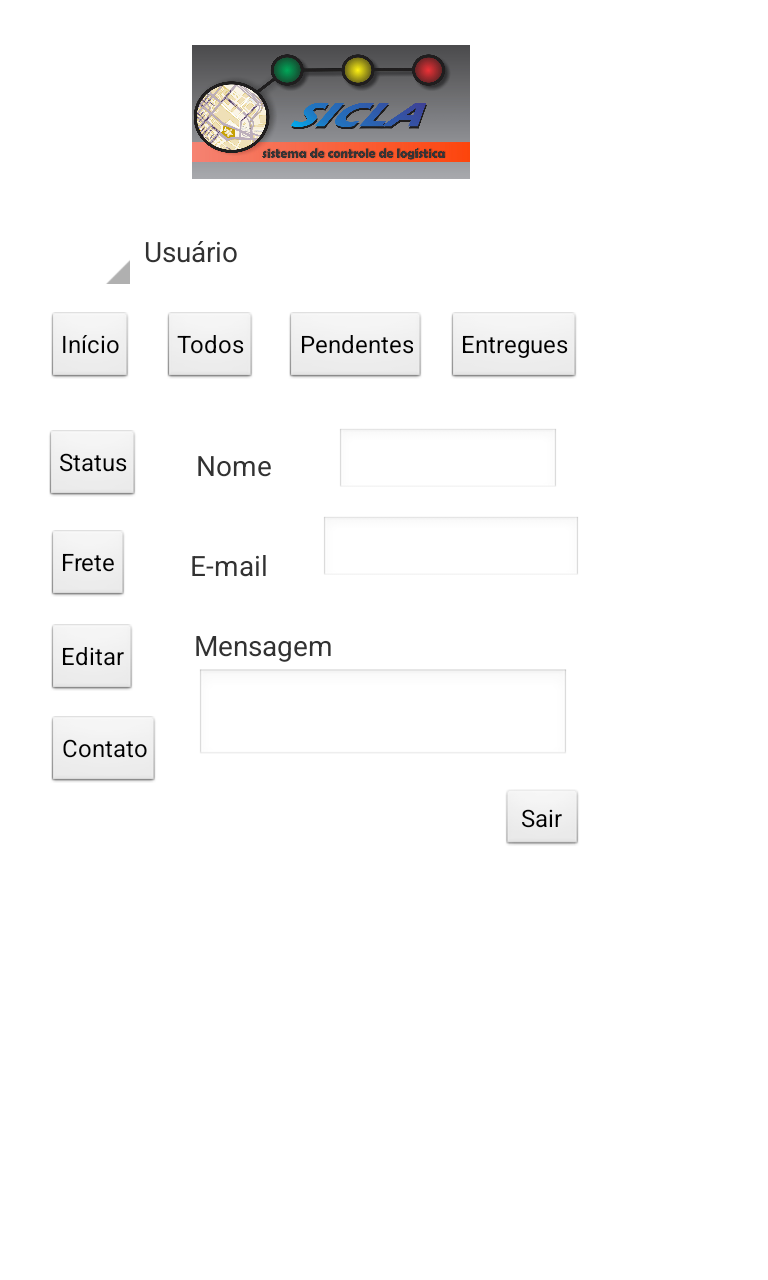
Repository: danielpedroza/SICLA
Layout: Sicla/res/layout/contatocliente.xml
These files come from the project's save history. The layout is drawn as it stood at one moment and after the next save; the edit follows.
It is drawn on a 768 x 1280 px phone screen (xhdpi) without system bars, with theme AppTheme; the app's code is not run.

Above is the layout before, as saved 2013-07-06 07:17:08.

### Sicla/res/layout/contatocliente.xml
<RelativeLayout xmlns:android="http://schemas.android.com/apk/res/android"
    xmlns:tools="http://schemas.android.com/tools"
    android:layout_width="match_parent"
    android:layout_height="match_parent"
    android:paddingBottom="@dimen/activity_vertical_margin"
    android:paddingLeft="@dimen/activity_horizontal_margin"
    android:paddingRight="@dimen/activity_horizontal_margin"
    android:paddingTop="@dimen/activity_vertical_margin"
    tools:context=".ContatoCliente" >

    <AbsoluteLayout
        android:layout_width="match_parent"
        android:layout_height="match_parent"
        android:layout_alignParentBottom="true"
        android:layout_centerHorizontal="true" >

        <ImageView
            android:id="@+id/imageView1"
            android:layout_width="139dp"
            android:layout_height="120dp"
            android:layout_x="80dp"
            android:layout_y="-20dp"
            android:src="@drawable/sicla" />

        <QuickContactBadge
            android:id="@+id/quickContactBadge1"
            android:layout_width="39dp"
            android:layout_height="39dp"
            android:layout_x="10dp"
            android:layout_y="87dp" />

        <TextView
            android:id="@+id/textView1"
            android:layout_width="wrap_content"
            android:layout_height="wrap_content"
            android:layout_x="56dp"
            android:layout_y="100dp"
            android:text="Usuário"
            android:textSize="14dp" />

        <Button
            android:id="@+id/button1"
            style="?android:attr/buttonStyleSmall"
            android:layout_width="wrap_content"
            android:layout_height="wrap_content"
            android:layout_x="8dp"
            android:layout_y="140dp"
            android:text="Início"
            android:textSize="12dp" />

        <Button
            android:id="@+id/Button01"
            style="?android:attr/buttonStyleSmall"
            android:layout_width="wrap_content"
            android:layout_height="wrap_content"
            android:layout_x="66dp"
            android:layout_y="140dp"
            android:text="Todos"
            android:textSize="12dp" />

        <Button
            android:id="@+id/Button03"
            style="?android:attr/buttonStyleSmall"
            android:layout_width="wrap_content"
            android:layout_height="wrap_content"
            android:layout_x="208dp"
            android:layout_y="140dp"
            android:text="Entregues"
            android:textSize="12dp" />

        <Button
            android:id="@+id/Button02"
            style="?android:attr/buttonStyleSmall"
            android:layout_width="wrap_content"
            android:layout_height="wrap_content"
            android:layout_x="127dp"
            android:layout_y="140dp"
            android:text="Pendentes"
            android:textSize="12dp" />

        <Button
            android:id="@+id/Button04"
            style="?android:attr/buttonStyleSmall"
            android:layout_width="wrap_content"
            android:layout_height="wrap_content"
            android:layout_x="7dp"
            android:layout_y="199dp"
            android:text="Status"
            android:textSize="12dp" />

        <Button
            android:id="@+id/Button05"
            style="?android:attr/buttonStyleSmall"
            android:layout_width="wrap_content"
            android:layout_height="wrap_content"
            android:layout_x="8dp"
            android:layout_y="249dp"
            android:onClick="fretecliente"
            android:text="Frete"
            android:textSize="12dp" />

        <Button
            android:id="@+id/Button06"
            style="?android:attr/buttonStyleSmall"
            android:layout_width="wrap_content"
            android:layout_height="wrap_content"
            android:layout_x="8dp"
            android:layout_y="296dp"
            android:text="Editar"
            android:textSize="12dp" />

        <Button
            android:id="@+id/Button07"
            style="?android:attr/buttonStyleSmall"
            android:layout_width="wrap_content"
            android:layout_height="wrap_content"
            android:layout_x="8dp"
            android:layout_y="342dp"
            android:text="Contato"
            android:textSize="12dp" />

        <Button
            android:id="@+id/button2"
            android:layout_width="wrap_content"
            android:layout_height="33dp"
            android:layout_x="234dp"
            android:layout_y="378dp"
            android:text="Sair"
            android:textSize="12dp" />

        <TextView
            android:id="@+id/textView2"
            android:layout_width="wrap_content"
            android:layout_height="wrap_content"
            android:layout_x="82dp"
            android:layout_y="207dp"
            android:text="Nome" />

        <EditText
            android:id="@+id/editText1"
            android:layout_width="131dp"
            android:layout_height="33dp"
            android:layout_x="144dp"
            android:layout_y="242dp"
            android:ems="10"
            android:inputType="textEmailAddress" />

        <EditText
            android:id="@+id/editText2"
            android:layout_width="112dp"
            android:layout_height="33dp"
            android:layout_x="152dp"
            android:layout_y="198dp"
            android:ems="10" />

        <EditText
            android:id="@+id/editText3"
            android:layout_width="187dp"
            android:layout_height="wrap_content"
            android:layout_x="82dp"
            android:layout_y="318dp"
            android:ems="10"
            android:inputType="textMultiLine" />

        <TextView
            android:id="@+id/TextView01"
            android:layout_width="wrap_content"
            android:layout_height="wrap_content"
            android:layout_x="79dp"
            android:layout_y="257dp"
            android:text="E-mail" />

        <TextView
            android:id="@+id/TextView02"
            android:layout_width="wrap_content"
            android:layout_height="wrap_content"
            android:layout_x="81dp"
            android:layout_y="297dp"
            android:text="Mensagem" />

    </AbsoluteLayout>

</RelativeLayout>

Loaded but not shown: Sicla/res/values/styles.xml (common file); Sicla/res/values/dimens.xml (common file)

After the next save:
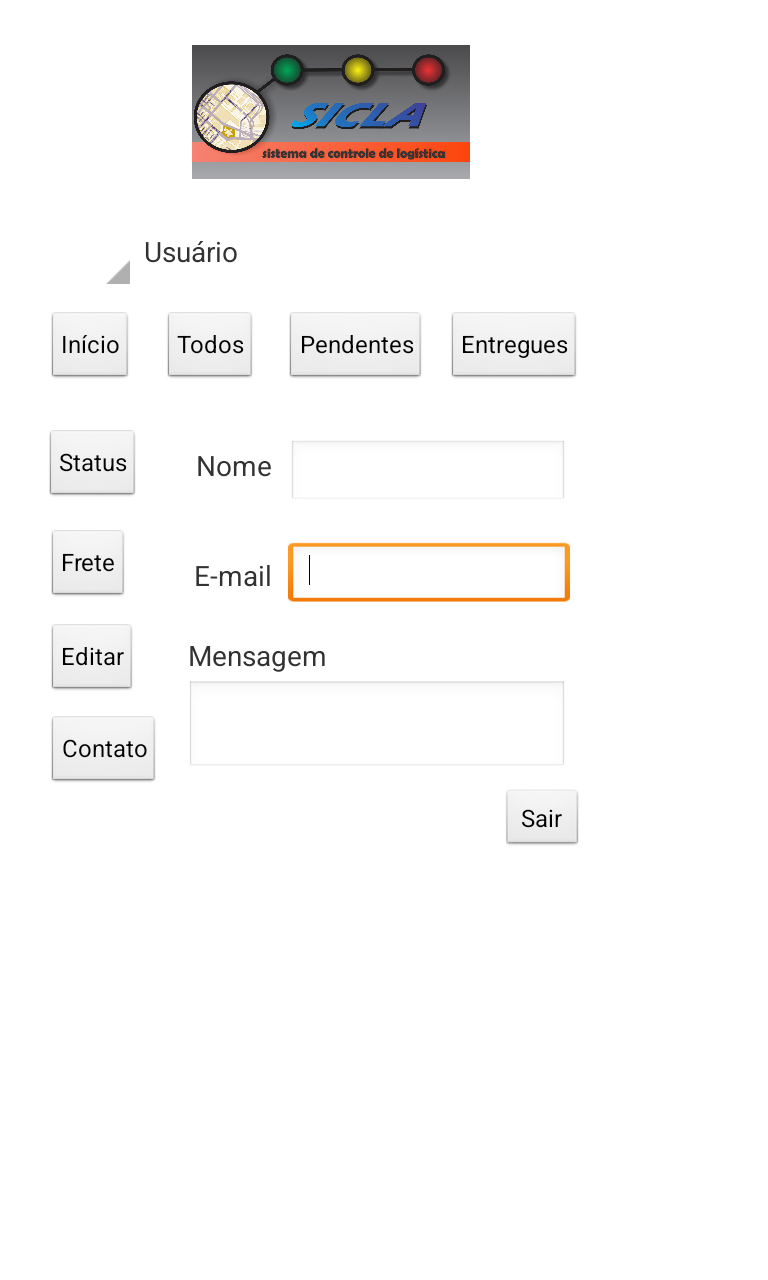
Saved 12 min 4 s later.
--- a/Sicla/res/layout/contatocliente.xml
+++ b/Sicla/res/layout/contatocliente.xml
@@ -134,49 +134,55 @@
             android:layout_height="wrap_content"
             android:layout_x="82dp"
             android:layout_y="207dp"
-            android:text="Nome" />
+            android:text="Nome"
+            android:textSize="14dp" />
 
         <EditText
             android:id="@+id/editText1"
-            android:layout_width="131dp"
+            android:layout_width="141dp"
             android:layout_height="33dp"
-            android:layout_x="144dp"
-            android:layout_y="242dp"
+            android:layout_x="128dp"
+            android:layout_y="255dp"
             android:ems="10"
-            android:inputType="textEmailAddress" />
+            android:inputType="textEmailAddress" >
+
+            <requestFocus />
+        </EditText>
 
         <EditText
             android:id="@+id/editText2"
-            android:layout_width="112dp"
+            android:layout_width="140dp"
             android:layout_height="33dp"
-            android:layout_x="152dp"
-            android:layout_y="198dp"
+            android:layout_x="128dp"
+            android:layout_y="204dp"
             android:ems="10" />
 
         <EditText
             android:id="@+id/editText3"
-            android:layout_width="187dp"
+            android:layout_width="191dp"
             android:layout_height="wrap_content"
-            android:layout_x="82dp"
-            android:layout_y="318dp"
+            android:layout_x="77dp"
+            android:layout_y="324dp"
             android:ems="10"
             android:inputType="textMultiLine" />
+
+        <TextView
+            android:id="@+id/TextView02"
+            android:layout_width="wrap_content"
+            android:layout_height="wrap_content"
+            android:layout_x="78dp"
+            android:layout_y="302dp"
+            android:text="Mensagem"
+            android:textSize="14dp" />
 
         <TextView
             android:id="@+id/TextView01"
             android:layout_width="wrap_content"
             android:layout_height="wrap_content"
-            android:layout_x="79dp"
-            android:layout_y="257dp"
-            android:text="E-mail" />
-
-        <TextView
-            android:id="@+id/TextView02"
-            android:layout_width="wrap_content"
-            android:layout_height="wrap_content"
             android:layout_x="81dp"
-            android:layout_y="297dp"
-            android:text="Mensagem" />
+            android:layout_y="262dp"
+            android:text="E-mail"
+            android:textSize="14dp" />
 
     </AbsoluteLayout>
 
